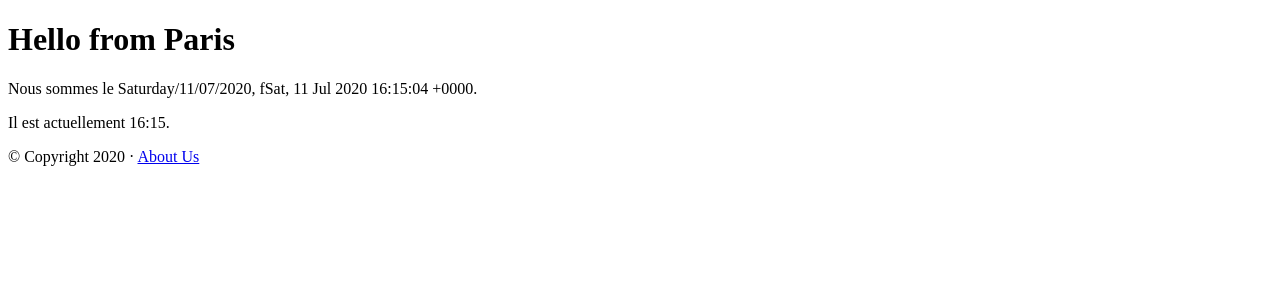
Repository: Elfebleu9/hello_city
Page: templates/pages/home.html.twig
These files come from the project's save history. The page is drawn as it stood at one moment and after the next save; the edit follows.
The browser window is 1280 px wide. The pictures show the whole page.
The page is a Twig template of a Symfony application; nobody is signed in and links lead nowhere. The template is opened directly, without the code that normally fills it, so the values that code supplies are empty.

Above is the page before, as saved 2020-07-13 11:48:08.

### templates/pages/home.html.twig
{% extends 'base.html.twig' %}
 {% block title 'Hello Paris ! ' %}
 {% block body %}
    <h1>Hello from Paris</h1>
    <p>Nous sommes le {{'now'|date('l/d/m/Y, fr')}}.</p>
    <p> Il est actuellement {{ 'now'|date('H:i')}}.</p>
 {% endblock %}

### templates/base.html.twig
<!DOCTYPE html>
<html lang="{{app.request.locale}}">
    <head>
        <meta charset="UTF-8">
        <meta name="viewport" content="width=device-width, initial-scale=1, shrink-to-fit=no">

        <title>{% block title %}Hello Paris{% endblock %}</title>
        {% block stylesheets %}{% endblock %}
    </head>
    <body>
        <main role="main">
            {% block body %}{% endblock %}
        </main>

        <footer>
            <p>
                &copy; Copyright {{'now'|date('Y')}}
                &middot; <a href="{{path('app_about')}}">About Us</a>
            </p>
        </footer>
        {% block javascripts %}{% endblock %}
    </body>
</html>

After the next save:
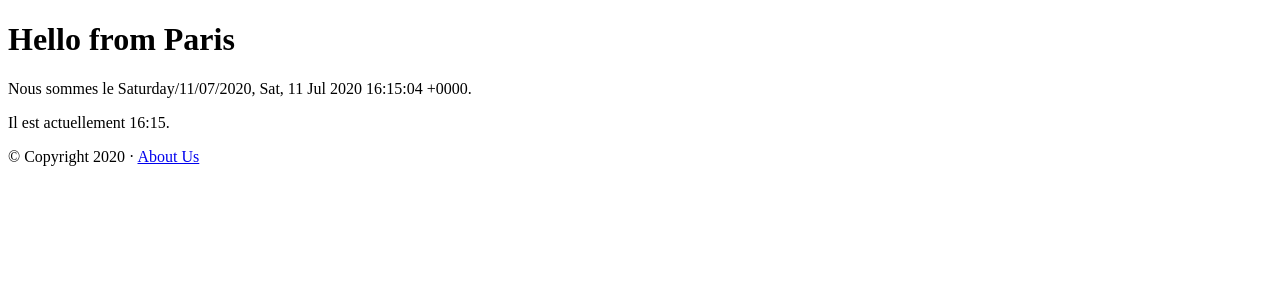
Saved 25 s later.
--- a/templates/pages/home.html.twig
+++ b/templates/pages/home.html.twig
@@ -2,6 +2,6 @@
  {% block title 'Hello Paris ! ' %}
  {% block body %}
     <h1>Hello from Paris</h1>
-    <p>Nous sommes le {{'now'|date('l/d/m/Y, fr')}}.</p>
+    <p>Nous sommes le {{'now'|date('l/d/m/Y, r')}}.</p>
     <p> Il est actuellement {{ 'now'|date('H:i')}}.</p>
  {% endblock %}
